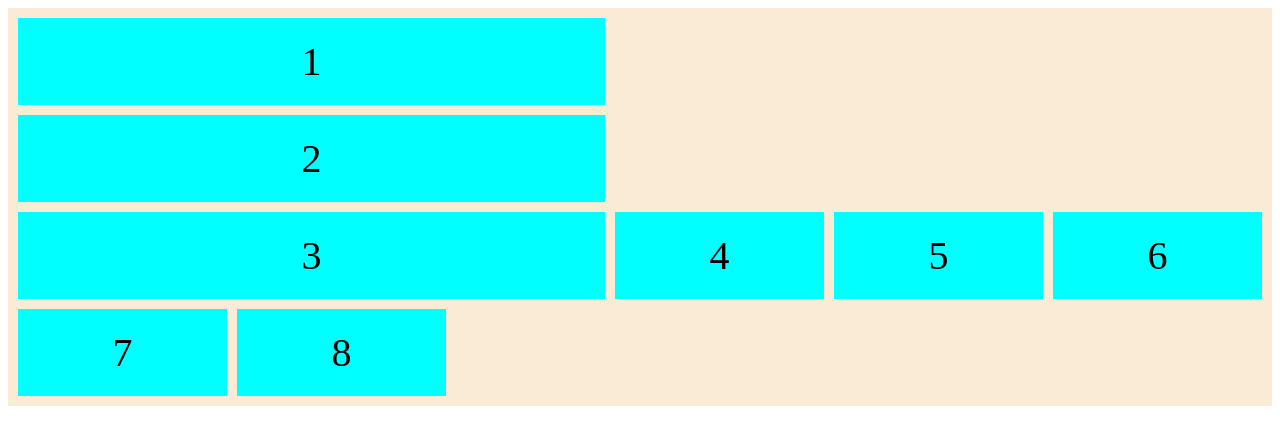
Repository: Thonghehe/Lab1_WEB106
Page: index11.html
These files come from the project's save history. The page is drawn as it stood at one moment and after the next save; the edit follows.
The browser window is 1280 px wide. The pictures show the whole page.

Above is the page before, as saved 2024-03-05 18:03:19.

### index11.html
<!DOCTYPE html>
<html lang="en">

<head>
    <meta charset="UTF-8">
    <meta name="viewport" content="width=device-width, initial-scale=1.0">
    <title>Document</title>
    <link rel="stylesheet" href="./style.css">
</head>

<body>
    <div class="grid-container">
        <div class="item1">1</div>
        <div class="item2">2</div>
        <div class="item3">3</div>
        <div class="item4">4</div>
        <div class="item5">5</div>
        <div class="item6">6</div>
        <div class="item7">7</div>
        <div class="item8">8</div>
    </div>
</body>

</html>

### style.css
.grid-container {
    display: grid;
    grid-template-columns: auto auto auto auto auto auto;
    gap: 10px;
    background-color: antiquewhite;
    padding: 10px;
}

.grid-container>div {
    background-color: aqua;
    text-align: center;
    padding: 20px;
    font-size: 40px;
}

.item1,
.item2,
.item3 {
    grid-column: 1/4;
}

After the next save:
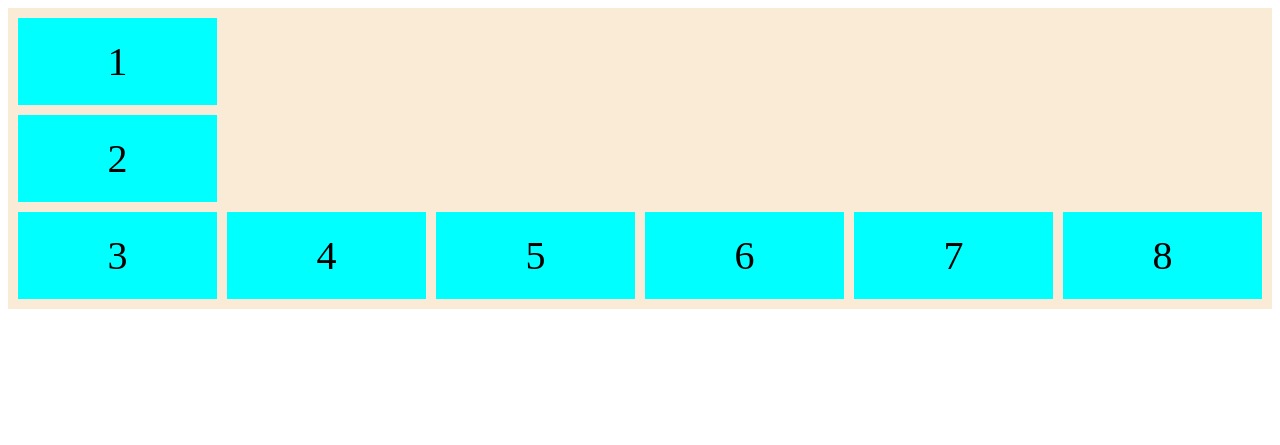
Saved 16 s later.
--- a/style.css
+++ b/style.css
@@ -16,5 +16,5 @@
 .item1,
 .item2,
 .item3 {
-    grid-column: 1/4;
+    grid-column: 1/2;
 }
